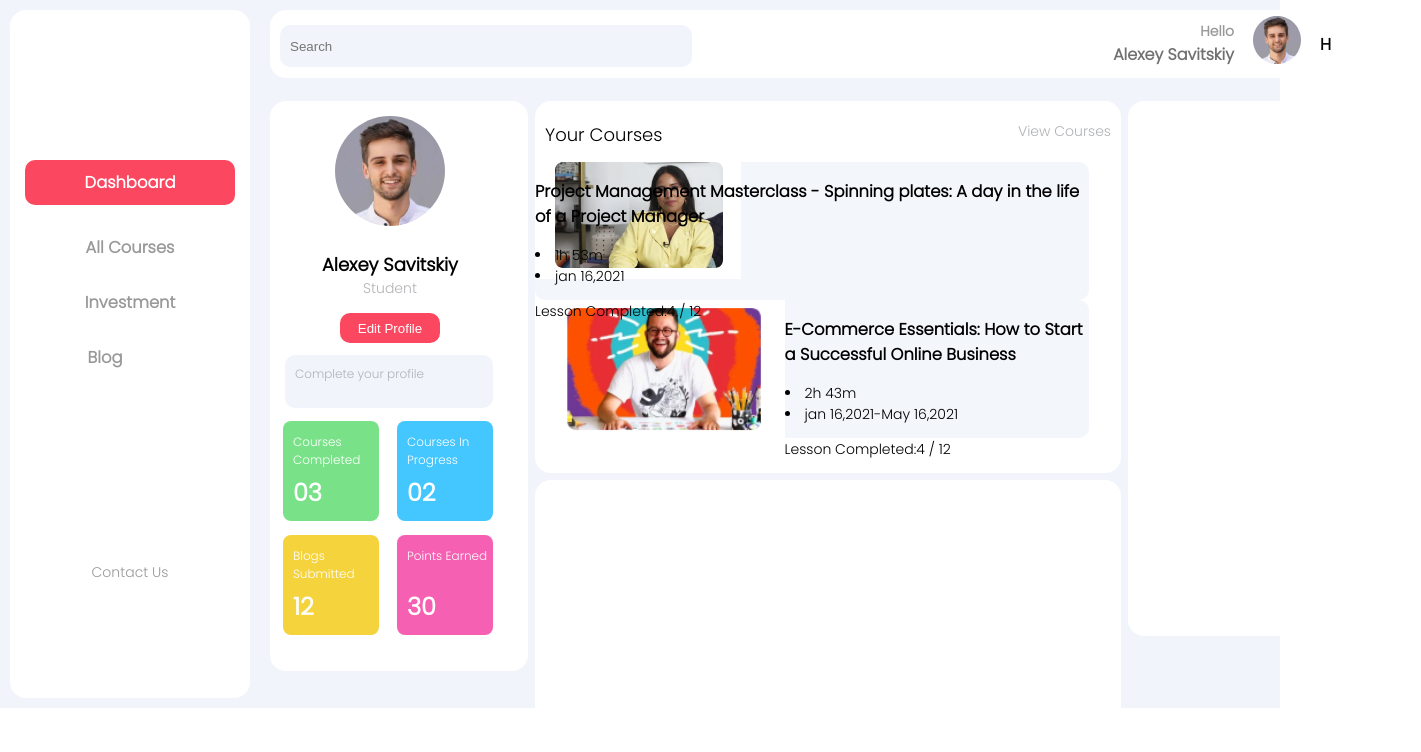
Repository: Anuruddha00/dashboard-design
Page: /
An editor plug-in stored every save of this project. The page is shown before and after the next save, followed by the edit.
The browser window is 1280 px wide. The page is 1421 px wide, so the pictures cover 1421 px, including what lies to the right of the window. The pictures show the whole page.
The project was rebuilt for these pictures with package versions that can differ from the ones it lists, and the page was loaded fresh each time.

Above is the page before, as saved 2021-05-07 20:10:54.

After the next save:
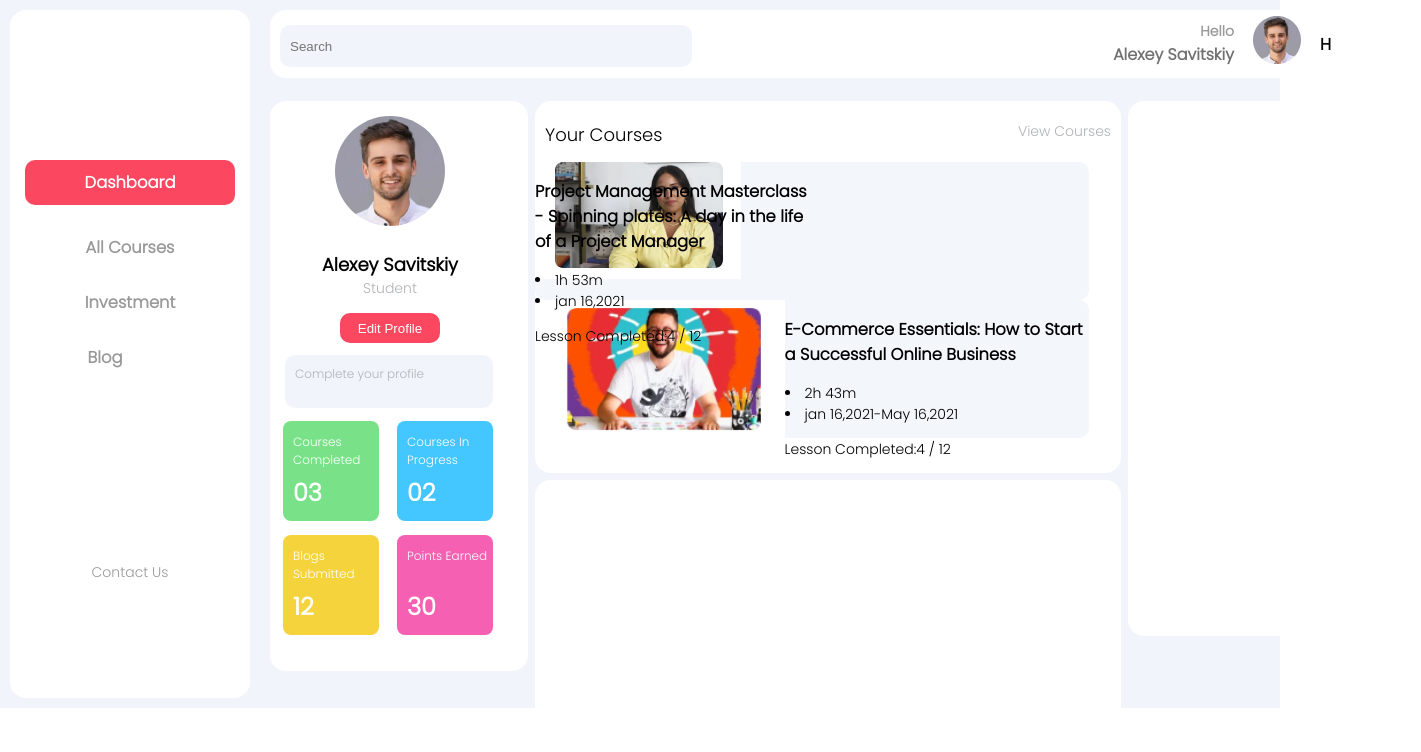
Saved 21 s later.
--- a/src/containers/Dashboard/Dashboard.scss
+++ b/src/containers/Dashboard/Dashboard.scss
@@ -281,7 +281,8 @@ body{
                                     border-radius: 10px;
                                     width: 554px;
                                     height: 138px;
-                                    display: flex;
+                                    display: grid;
+                                    grid-template-columns: 1fr 1fr;
                                     position: relative;
 
                                     img{
